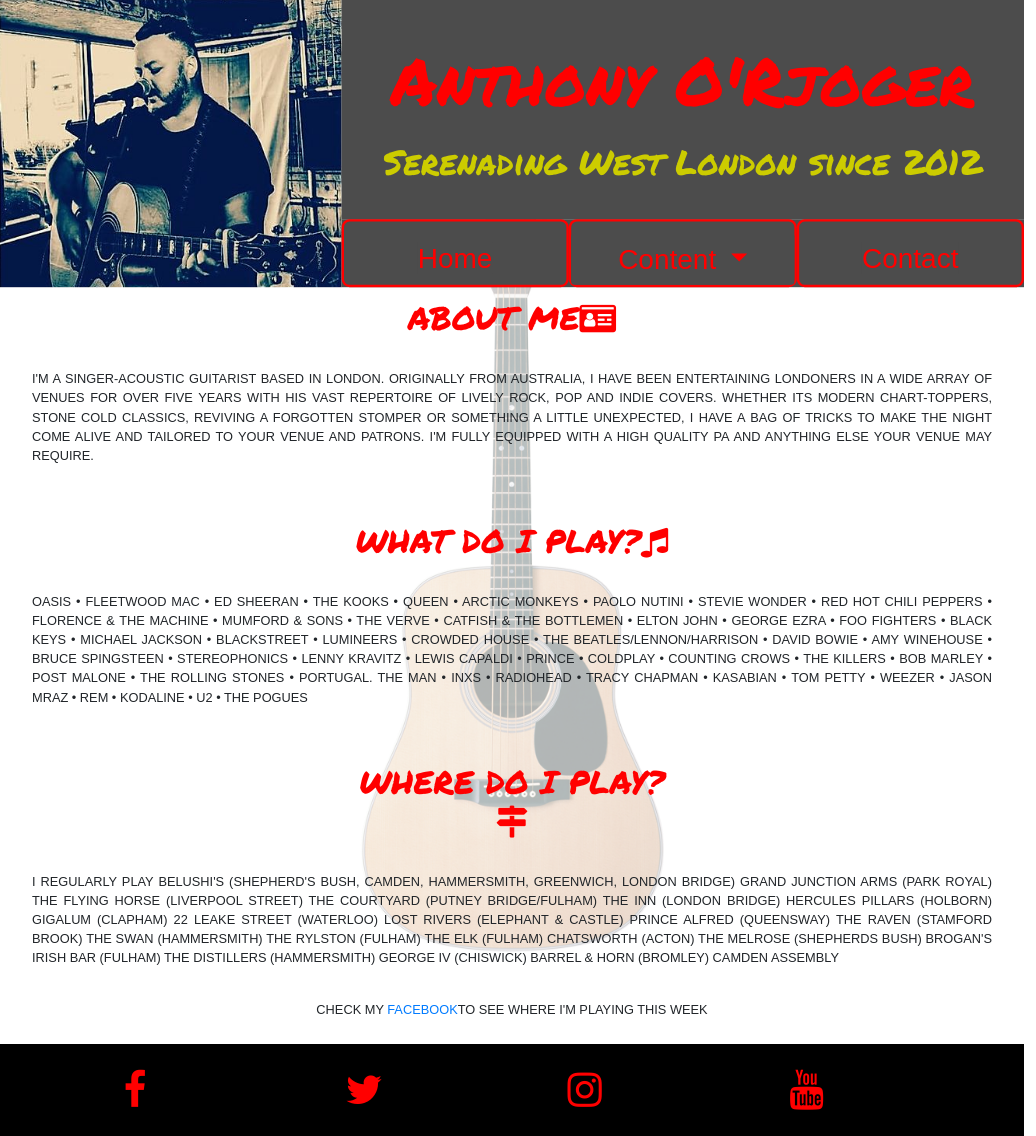
Repository: SimonGeorgeNZ/milestone_1
Page: index.html
The author's editor kept a record of every edit. The page is drawn from the files as they stood at one moment, then again after the next edit.
The browser window is 1280 px wide. The page is 1295 px wide, so the pictures cover 1295 px, including what lies to the right of the window. The pictures show the whole page, at 80% of full size.
Some web fonts or font styles are not loaded; a fallback is used. Some web libraries are served in a nearby version.

Above is the page before.

After the next edit:
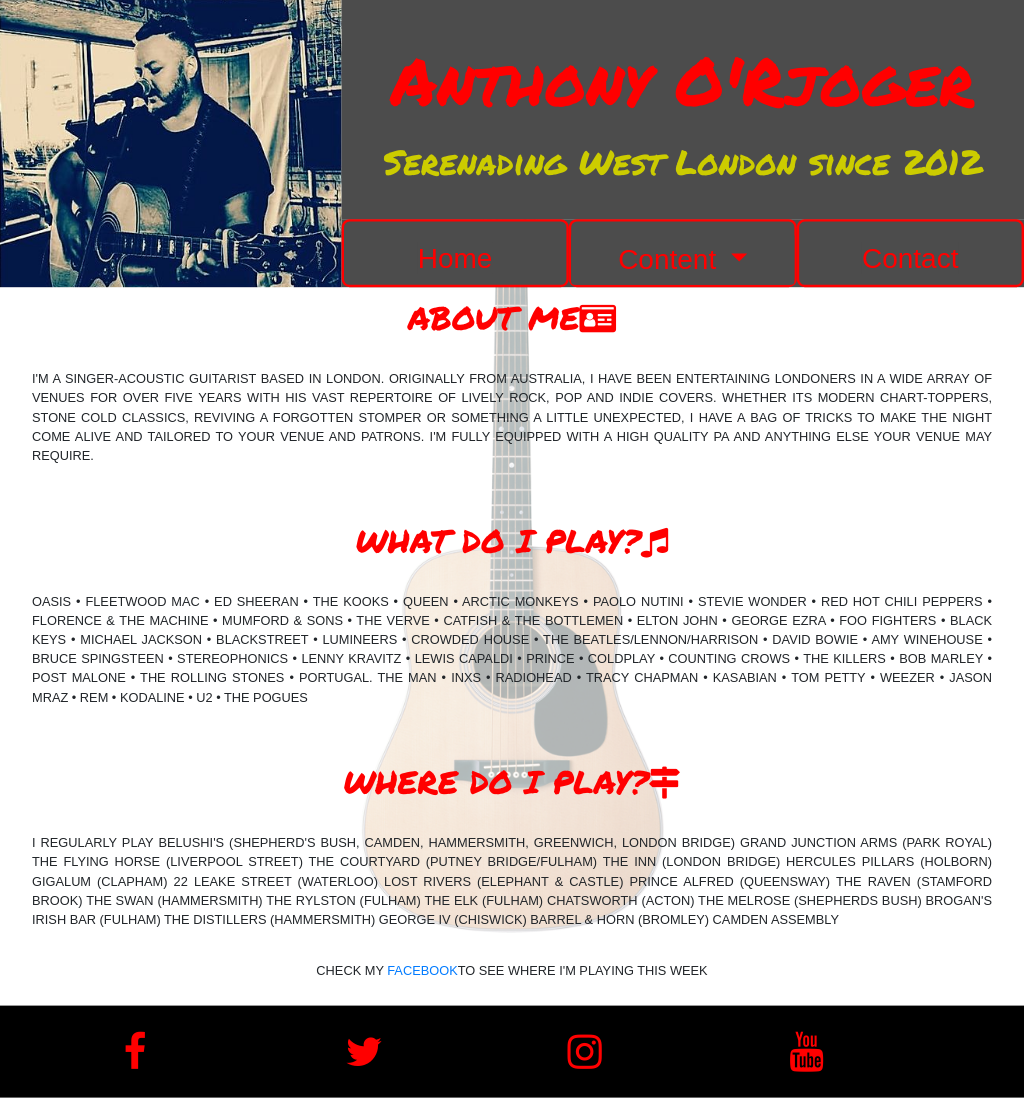
The edit:
--- a/index.html
+++ b/index.html
@@ -67,7 +67,7 @@
                 </p>
             </div>
             <div class="about">
-                <h1 class="text-box-heading">Where do I play?<br><i class="fa fa-map-signs"></i></h1>
+                <h1 class="text-box-heading">Where do I play?<i class="fa fa-map-signs"></i></h1>
                 <p class="text-box">
                     I regularly play BELUSHI'S (Shepherd's Bush, Camden, Hammersmith, Greenwich, London Bridge) GRAND JUNCTION ARMS (Park Royal) THE FLYING HORSE (Liverpool Street) THE COURTYARD (Putney Bridge/Fulham) THE INN (London Bridge) HERCULES PILLARS (Holborn) GIGALUM
                     (Clapham) 22 LEAKE STREET (Waterloo) LOST RIVERS (Elephant & Castle) PRINCE ALFRED (Queensway) THE RAVEN (Stamford Brook) THE SWAN (Hammersmith) THE RYLSTON (Fulham) THE ELK (Fulham) CHATSWORTH (Acton) THE MELROSE (Shepherds Bush)
